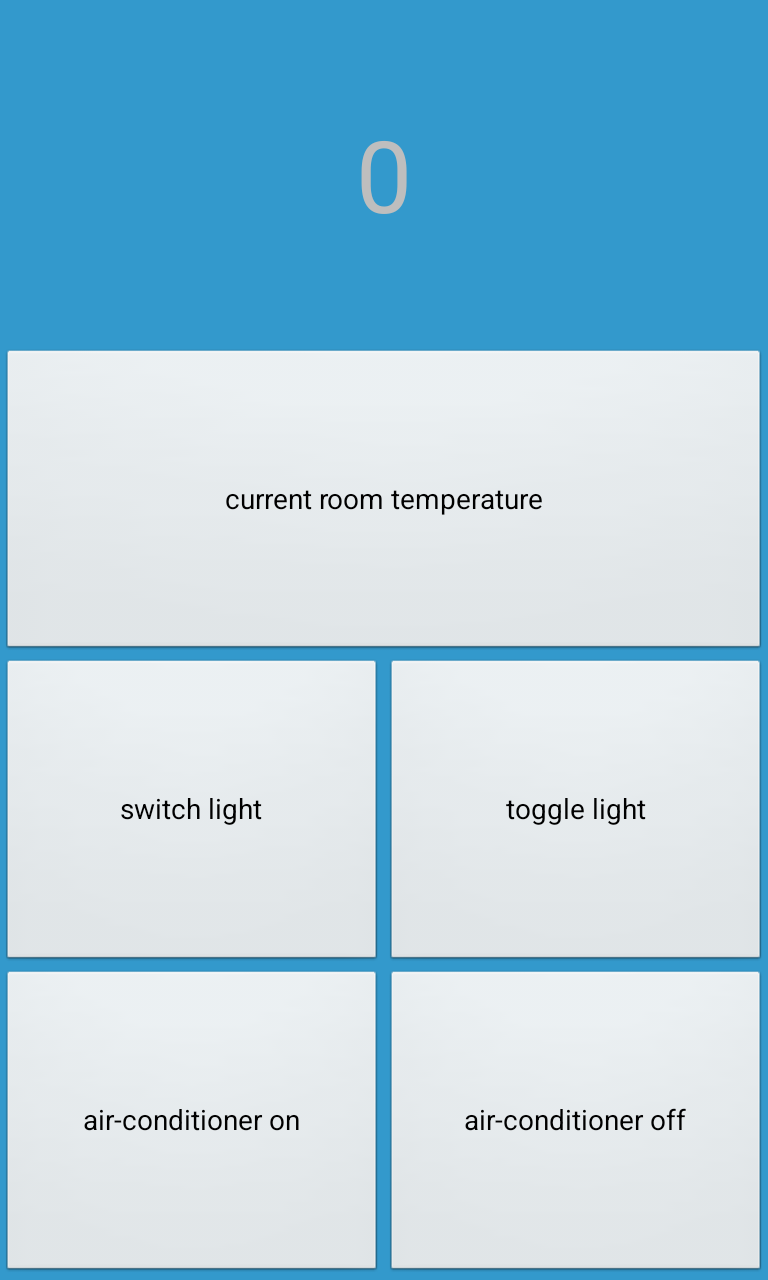
Repository: Sorally/programming-projects
Layout: android/com.sorally.autohome/res/layout/main.xml
These files come from the project's save history. The layout is drawn as it stood at one moment and after the next save; the edit follows.
It is drawn on a 768 x 1280 px phone screen (xhdpi) without system bars, with theme android:Theme; the app's code is not run.

Above is the layout before, as saved 2011-05-07 14:02:47.

### android/com.sorally.autohome/res/layout/main.xml
<?xml version="1.0" encoding="utf-8"?>
<LinearLayout xmlns:android="http://schemas.android.com/apk/res/android"
    android:layout_width="fill_parent"
    android:background="@color/myColor" android:layout_height="match_parent" android:orientation="vertical">
    <TextView android:id="@+id/textView1" android:gravity="center"  android:textSize="50sp" android:text="@string/currentTemp" android:layout_width="match_parent" android:layout_weight="1" android:layout_height="wrap_content" android:layout_gravity="bottom"></TextView>

    <Button android:id="@+id/button1" android:text="@string/checkTemp" android:onClick="checkTemperature" android:layout_gravity="center_vertical" android:layout_width="match_parent" android:layout_height="wrap_content" android:layout_weight="1"></Button>

    <TableRow android:layout_height="wrap_content" android:id="@+id/tableRow2" android:layout_width="match_parent" android:baselineAligned="false" android:layout_weight="1">
	    <Button android:id="@+id/button2" android:text="@string/switchLight" android:onClick="switchLight" android:layout_weight="1" android:layout_gravity="center_vertical" android:layout_width="match_parent" android:layout_height="match_parent"></Button>
	    <Button android:id="@+id/button5" android:text="@string/toggleLight" android:onClick="toggleLight" android:layout_weight="1" android:layout_gravity="center_vertical" android:layout_width="match_parent" android:layout_height="match_parent"></Button>
    </TableRow>

    <TableRow android:layout_height="wrap_content" android:id="@+id/tableRow1" android:layout_width="match_parent" android:layout_weight="1">
	    <Button android:onClick="airconOn" android:layout_gravity="center_vertical" android:id="@+id/button3" android:layout_width="match_parent" android:text="@string/switchAirconON" android:layout_weight="1" android:layout_height="match_parent"></Button>
	    <Button android:onClick="airconOff" android:layout_gravity="center_vertical" android:id="@+id/button4" android:layout_width="match_parent" android:text="@string/switchAirConOFF" android:layout_weight="1" android:layout_height="match_parent"></Button>
    </TableRow>
</LinearLayout>

### android/com.sorally.autohome/res/values/strings.xml
<?xml version="1.0" encoding="utf-8"?>
<resources>
    <string name="hello">Hello World, Convert!</string>
    <string name="app_name">autohome</string>
    <color name="myColor">#3399CC</color>
    <string name="myClickHandler">myClickHandler</string>
    <string name="celsius">to Celsius</string>
    <string name="fahrenheit">to Fahrenheit</string>
    <string name="calc">Calculate</string>
    <string name="switchLight">switch light</string>
    <string name="switchAirConOFF">air-conditioner off</string>
    <string name="currentTemp">0</string>
    <string name="checkTemp">current room temperature</string>
    <string name="killServer">kill server</string>
    <string name="connect">connect to 192.168.11.2 ...</string>
    <string name="switchAirconON">air-conditioner on</string>
    <string name="toggleLight">toggle light</string>
</resources>

After the next save:
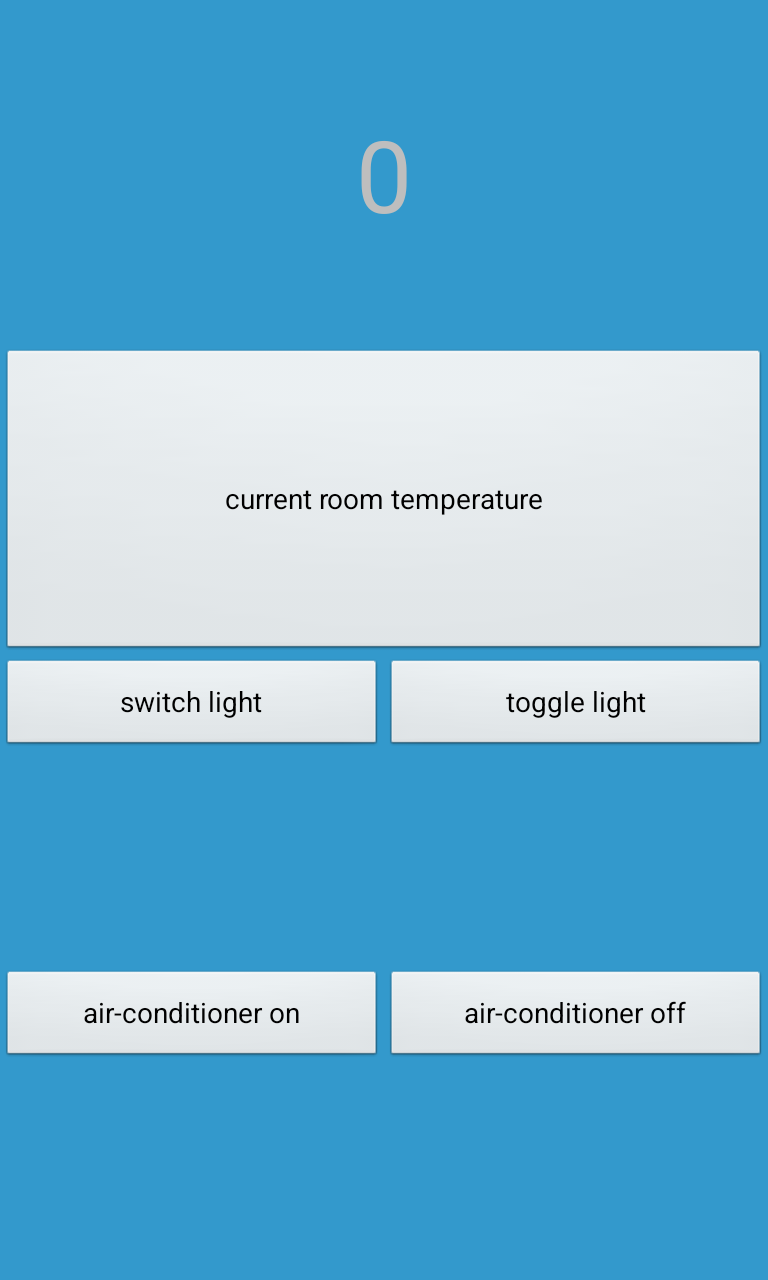
Saved 91 s later.
--- a/android/com.sorally.autohome/res/layout/main.xml
+++ b/android/com.sorally.autohome/res/layout/main.xml
@@ -4,15 +4,15 @@
     android:background="@color/myColor" android:layout_height="match_parent" android:orientation="vertical">
     <TextView android:id="@+id/textView1" android:gravity="center"  android:textSize="50sp" android:text="@string/currentTemp" android:layout_width="match_parent" android:layout_weight="1" android:layout_height="wrap_content" android:layout_gravity="bottom"></TextView>
 
-    <Button android:id="@+id/button1" android:text="@string/checkTemp" android:onClick="checkTemperature" android:layout_gravity="center_vertical" android:layout_width="match_parent" android:layout_height="wrap_content" android:layout_weight="1"></Button>
+    <Button android:id="@+id/button1" android:text="@string/checkTemp" android:onClick="checkTemperature" android:layout_weight="1" android:layout_height="wrap_content" android:layout_width="match_parent" android:layout_gravity="fill"></Button>
 
     <TableRow android:layout_height="wrap_content" android:id="@+id/tableRow2" android:layout_width="match_parent" android:baselineAligned="false" android:layout_weight="1">
-	    <Button android:id="@+id/button2" android:text="@string/switchLight" android:onClick="switchLight" android:layout_weight="1" android:layout_gravity="center_vertical" android:layout_width="match_parent" android:layout_height="match_parent"></Button>
-	    <Button android:id="@+id/button5" android:text="@string/toggleLight" android:onClick="toggleLight" android:layout_weight="1" android:layout_gravity="center_vertical" android:layout_width="match_parent" android:layout_height="match_parent"></Button>
+	    <Button android:id="@+id/button2" android:text="@string/switchLight" android:onClick="switchLight" android:layout_weight="1" android:layout_height="wrap_content" android:layout_width="match_parent" android:layout_gravity="fill"></Button>
+	    <Button android:id="@+id/button5" android:text="@string/toggleLight" android:onClick="toggleLight" android:layout_weight="1" android:layout_height="wrap_content" android:layout_width="match_parent" android:layout_gravity="fill"></Button>
     </TableRow>
 
-    <TableRow android:layout_height="wrap_content" android:id="@+id/tableRow1" android:layout_width="match_parent" android:layout_weight="1">
-	    <Button android:onClick="airconOn" android:layout_gravity="center_vertical" android:id="@+id/button3" android:layout_width="match_parent" android:text="@string/switchAirconON" android:layout_weight="1" android:layout_height="match_parent"></Button>
-	    <Button android:onClick="airconOff" android:layout_gravity="center_vertical" android:id="@+id/button4" android:layout_width="match_parent" android:text="@string/switchAirConOFF" android:layout_weight="1" android:layout_height="match_parent"></Button>
+    <TableRow android:layout_height="wrap_content" android:id="@+id/tableRow1" android:layout_width="match_parent" android:layout_weight="1" android:baselineAligned="false">
+	    <Button android:onClick="airconOn" android:id="@+id/button3" android:text="@string/switchAirconON" android:layout_height="wrap_content" android:layout_width="match_parent" android:layout_gravity="fill" android:layout_weight="1"></Button>
+	    <Button android:onClick="airconOff" android:id="@+id/button4" android:text="@string/switchAirConOFF" android:layout_height="wrap_content" android:layout_width="match_parent" android:layout_gravity="fill" android:layout_weight="1"></Button>
     </TableRow>
 </LinearLayout>
